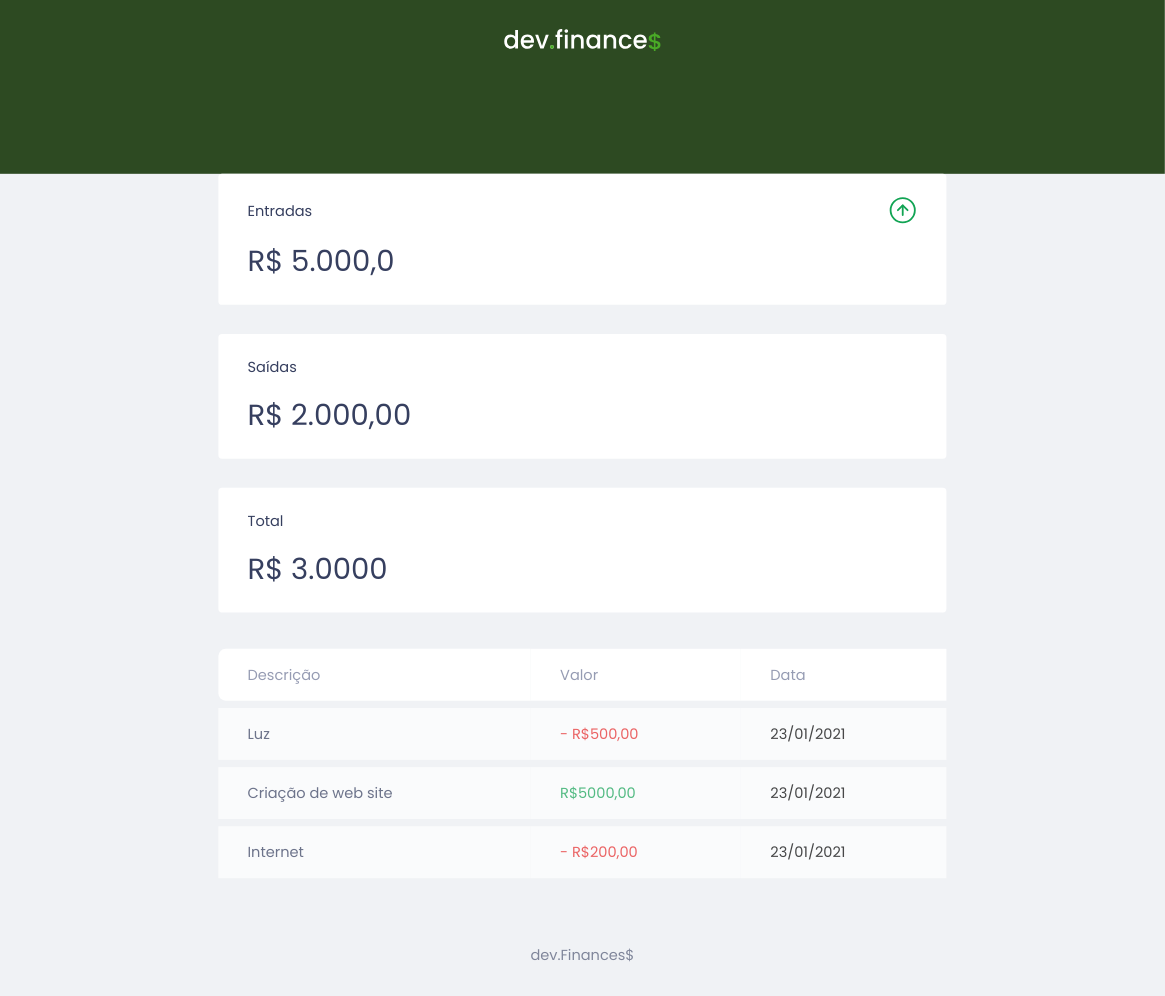
Repository: rafaelmgr12/maratona-dev01
Page: index.html
An editor plug-in stored every save of this project. The page is shown before and after the next save, followed by the edit.
The browser window is 1280 px wide. The pictures show the whole page, at 91% of full size.

Above is the page before, as saved 2021-04-27 20:11:30.

### index.html
<!DOCTYPE html>
<html lang="pt-br">
  <head>
    <meta charset="UTF-8" />
    <meta http-equiv="X-UA-Compatible" content="IE=edge" />
    <meta name="viewport" content="width=device-width, initial-scale=1.0" />
    <title>Rafael-app.finance$</title>
    <link rel="stylesheet" href="style.css" />
    <link rel="preconnect" href="https://fonts.gstatic.com" />
    <link
      href="https://fonts.googleapis.com/css2?family=Poppins:ital,wght@0,100;0,400;0,700;1,100;1,400;1,700&display=swap"
      rel="stylesheet"
    />
  </head>
  <body>
    <header>
      <img src="./assets/logo.svg" alt="Logo dev.Finance" />
    </header>
    <main class="container">
      <section id="balance">
        <h2 class="sr-only">Balanço</h2>

        <div class="card">
          <h3>
            <span>Entradas </span>
            <img src="./assets/income.svg" alt="Imagem de entradas">
          </h3>
          <p>R$ 5.000,0</p>
        </div>
        <div class="card">
          <h3>Saídas</h3>
          <p>R$ 2.000,00</p>
        </div>
        <div class="card">
          <h3>Total</h3>
          <p>R$ 3.0000</p>
        </div>
      </section>
      <section id="transaction">
        <h2 class="sr-only">Transações</h2>
        <table id="data-table">
          <thead>
            <tr>
              <th>Descrição</th>
              <th>Valor</th>
              <th>Data</th>
            </tr>
          </thead>
          <tbody>
            <tr>
              <td class="description">Luz</td>
              <td class="expense">- R$500,00</td>
              <td class="date">23/01/2021</td>
            </tr>
            <tr>
              <td class="description">Criação de web site</td>
              <td class="income">R$5000,00</td>
              <td class="date">23/01/2021</td>
            </tr>
            <tr>
              <td class="description">Internet</td>
              <td class="expense">- R$200,00</td>
              <td class="date">23/01/2021</td>
            </tr>
          </tbody>
        </table>
      </section>
    </main>
    <footer>dev.Finances$</footer>
  </body>
</html>

### style.css
/* Global ======================================== */
:root {
  --dark-blue: #363f5f;
}
* {
  margin: 0;
  padding: 0;
  box-sizing: border-box;
}

body {
  background: #f0f2f5;
  font-family: "Poppins", sans-serif;
}
/*Tricks para sumir elementos da tela, mantendo a funcionalidade de um screenreader*/
.sr-only{
  position: absolute;
  width: 1px;
  height: 1px;
  padding: 0;
  margin: -1px;
  overflow: hidden;
  clip: rect(0,0,0,0);
  white-space: nowrap;
  border-width: 0;

}
.container {
  width: min(90vw, 800px);
  margin: auto;
}
/* Titles ======================================== */
h2 {
  margin-top: 3.2rem;
  margin-bottom: 0.8rem;
  color: var(--dark-blue);

  font-weight: normal;
}

/* Header ======================================== */
header {
  background: #2d4a22;
  padding: 2rem 0 8rem;
  text-align: center;
}

#logo {
  color: #fff;
  font-weight: 100;
}

/* Balance ======================================== */
balance {
  margin-top: -8rem;
}

balance h2 {
  color: white;
  margin-top: 0;
}

/* Cards ======================================== */

.card {
  background: white;
  padding: 1.5rem 2rem;
  border-radius: 0.25rem;

  margin-bottom: 2rem;

  color: var(--dark-blue);
}

.card h3 {
  font-weight: normal;
  font-size: 1rem;
  display : flex;

  align-items: center;
  justify-content: space-between;
}

.card p {
  font-size: 2rem;
  line-height: 3rem;

  margin-top: 1rem;
}

.card.total {
  background: #49aa26;
  color: white;
}
/* Table  ======================================== */
#data-table {
  width: 100%;
  border-spacing: 0 0.5rem;
}
table thead tr th:first-child,
table thead tr td:first-child {
  border-radius: 0.5rem 0 0 0.5rem;
}

table th {
  background: white;
  color: #969cb3;
  font-weight: normal;
  padding: 1rem 2rem;
  text-align: left;
}
table tbody tr {
  opacity: 0.7;
}
table tr:hover {
  opacity: 1;
}
table tbody td {
  background: white;
  padding: 1rem 2rem;
}

td.description {
  color: var(--dark-blue);
}

td.income {
  color: #12a454;
}
td.expense {
    color : #e92929;
}

/* footer ======================================== */
footer {
  text-align: center;
  padding : 4rem 0 2rem;
  color: var(--dark-blue);

  opacity : 0.6;
}

After the next save:
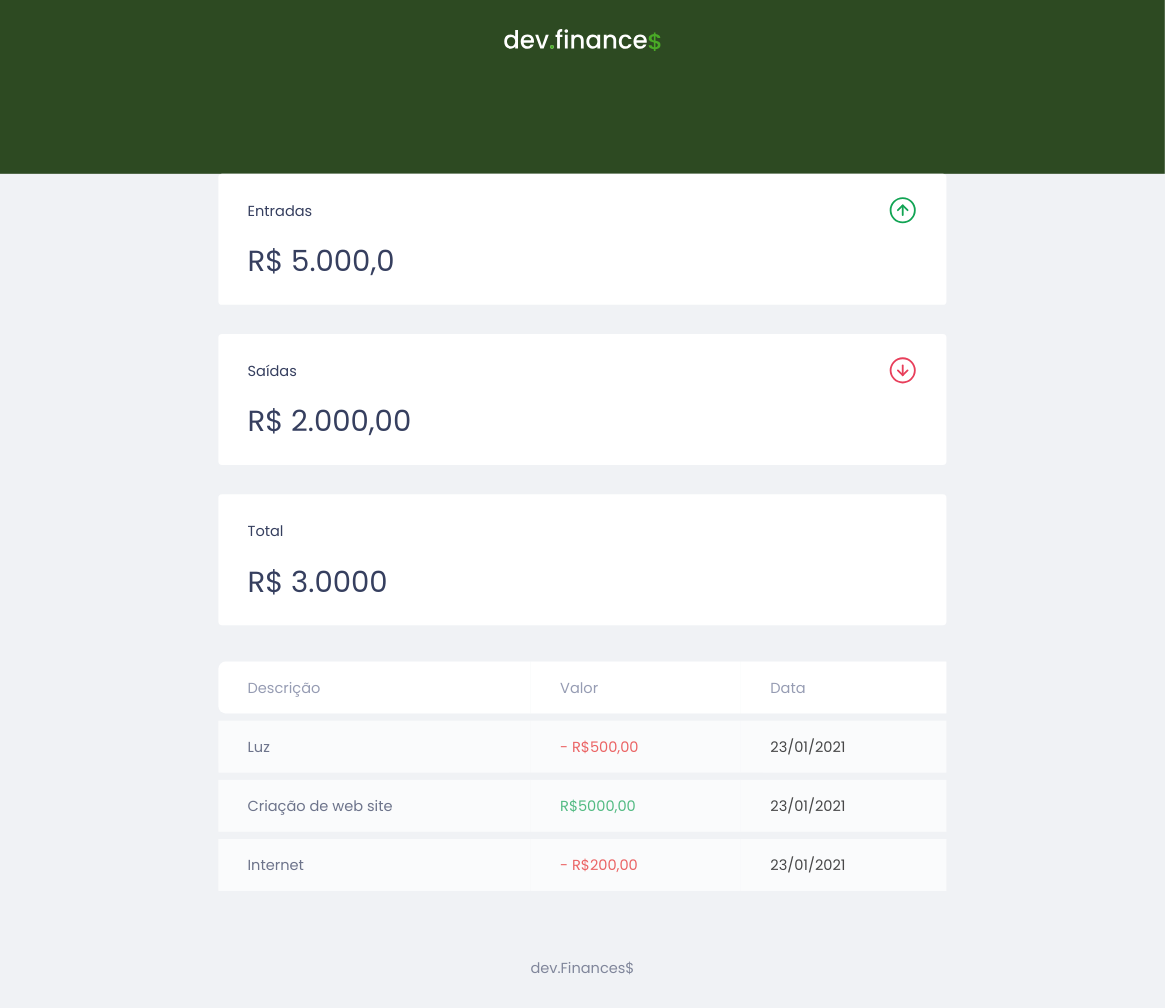
Saved 2 min 33 s later.
--- a/index.html
+++ b/index.html
@@ -28,11 +28,17 @@
           <p>R$ 5.000,0</p>
         </div>
         <div class="card">
-          <h3>Saídas</h3>
+          <h3>
+            <span>Saídas</span>
+            <img src="./assets/expense.svg" alt="Image de saídas">
+          </h3>
           <p>R$ 2.000,00</p>
         </div>
         <div class="card">
-          <h3>Total</h3>
+          <h3>
+            <span>Total</span>
+            <img src="./assets/total.svg" alt="Imagem de total">
+          </h3>
           <p>R$ 3.0000</p>
         </div>
       </section>
